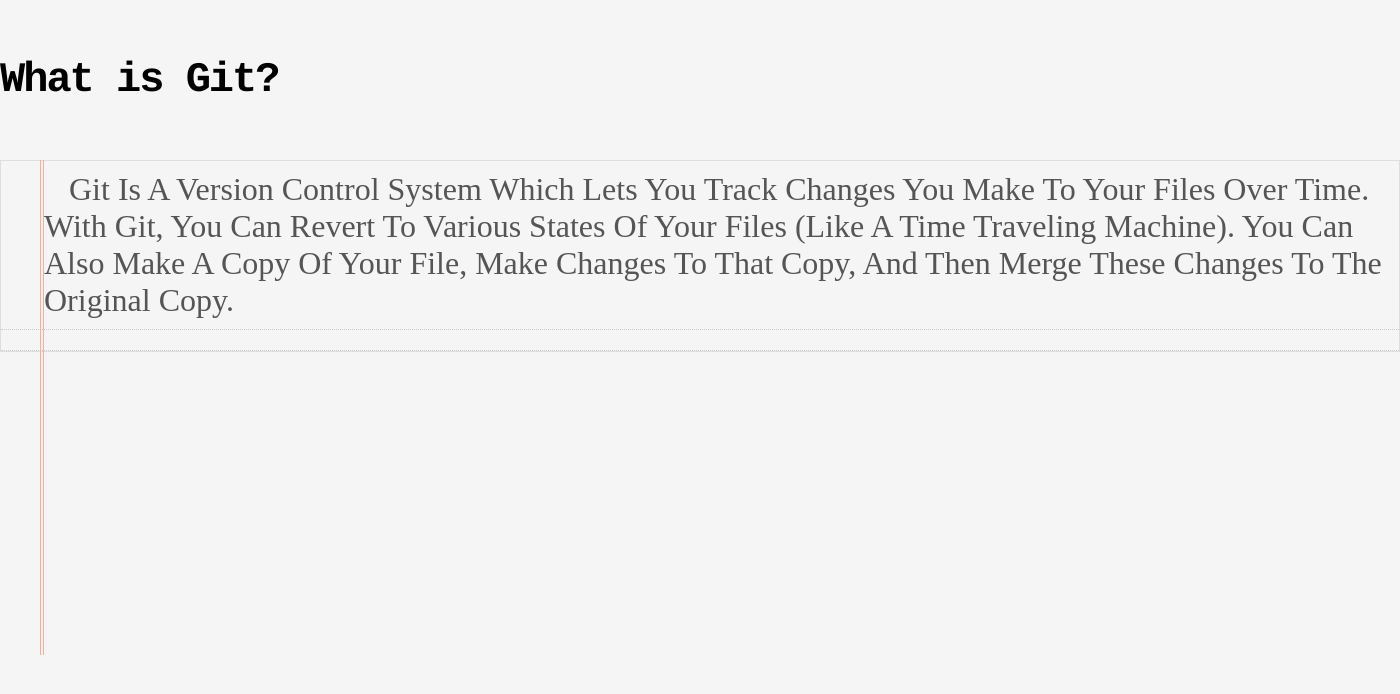
Repository: dev-singh-kanyal/Archive-git_github
Page: src/what is git.html
An editor plug-in stored every save of this project. The page is shown before and after the next save, followed by the edit.
The browser window is 1280 px wide. The page is 1400 px wide, so the pictures cover 1400 px, including what lies to the right of the window. The pictures show the whole page.
Some web fonts or font styles are not loaded; a fallback is used.

Above is the page before, as saved 2022-06-24 16:22:28.

### src/what is git.html
<!DOCTYPE HTML>
<html>

<head>
   <meta charset="UTF-8">
   <title>CSS Theme: Notepad</title>
   <link rel="stylesheet" href="/src/style.css">
   <link href="https://fonts.googleapis.com/css2?family=Reenie+Beanie&display=swap" rel="stylesheet">
</head>

<body>

    <h4>What is Git?</h4>

    <div class="lines"></div>

    <ul class="list">
      <li>Git is a version control system which lets you track changes you make to your files over time. With Git, you can revert to various states of your files (like a time traveling machine). You can also make a copy of your file, make changes to that copy, and then merge these changes to the original copy.</li>
      <li example, you could be working on a website's landing page and discover that you do not like the navigation bar. But at the same time, you might not want to start altering its components because it might get worse.

        With Git, you can create an identical copy of that file and play around with the navigation bar. Then, when you are satisfied with your changes, you can merge the copy to the original file.

        You are not limited to using Git just for source code files – you can also use it to keep track of text files or even images. This means that Git is not just for developers – anyone can find it helpful.
    </ul>

</body>
</html>

### src/style.css
body {
    background-color: #f5f5f5;
    width: 1400px;
    margin: 0 auto;
    padding: 0;
  }
  h4 {
    color: #000000;
    font-size: 42px;
    letter-spacing: -2px;
    font-family: courier, monospace;
    text-align: left;
  }
  a {
    text-decoration: none;
    color: inherit;
  }
  .list {
    color: #555;
    /* font-size: 22px; */
    padding: 0 !important;
    width: auto;
    font-family: 'Reenie Beanie';
    font-size: 2rem;
    border: 1px solid #dedede;
  }
  .list li {
    list-style: none;
    border-bottom: 1px dotted #ccc;
    text-indent: 25px;
    height: auto;
    padding: 10px;
    text-transform: capitalize;
  }
  .list li:hover {
    background-color: #f0f0f0;
    -webkit-transition: all 0.2s;
    -moz-transition:    all 0.2s;
    -ms-transition:     all 0.2s;
    -o-transition:      all 0.2s;
  }
  .lines {
    border-left: 1px solid #ffaa9f;
    border-right: 1px solid #ffaa9f;
    width: 2px;
    float: left;
    height: 495px;
    margin-left: 40px;
  }

After the next save:
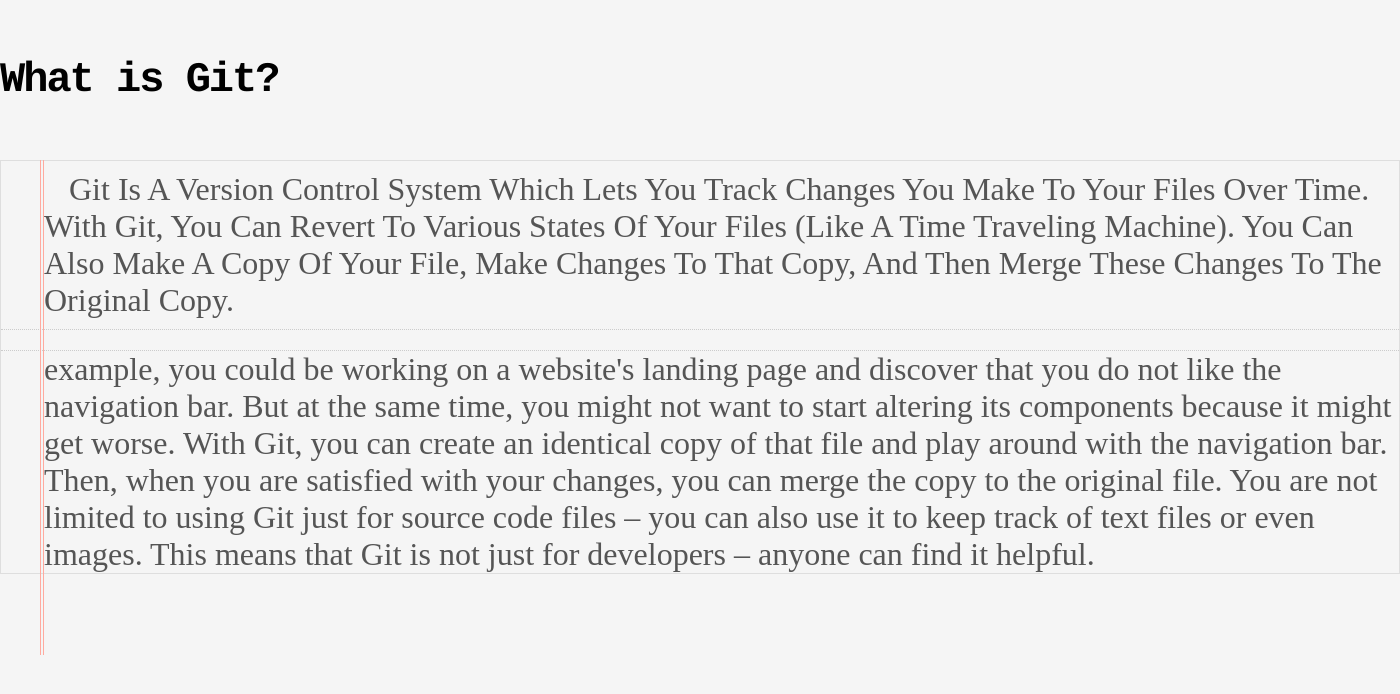
Saved 6 s later.
--- a/src/what is git.html
+++ b/src/what is git.html
@@ -16,7 +16,7 @@
 
     <ul class="list">
       <li>Git is a version control system which lets you track changes you make to your files over time. With Git, you can revert to various states of your files (like a time traveling machine). You can also make a copy of your file, make changes to that copy, and then merge these changes to the original copy.</li>
-      <li example, you could be working on a website's landing page and discover that you do not like the navigation bar. But at the same time, you might not want to start altering its components because it might get worse.
+      <li></li> example, you could be working on a website's landing page and discover that you do not like the navigation bar. But at the same time, you might not want to start altering its components because it might get worse.
 
         With Git, you can create an identical copy of that file and play around with the navigation bar. Then, when you are satisfied with your changes, you can merge the copy to the original file.
 
